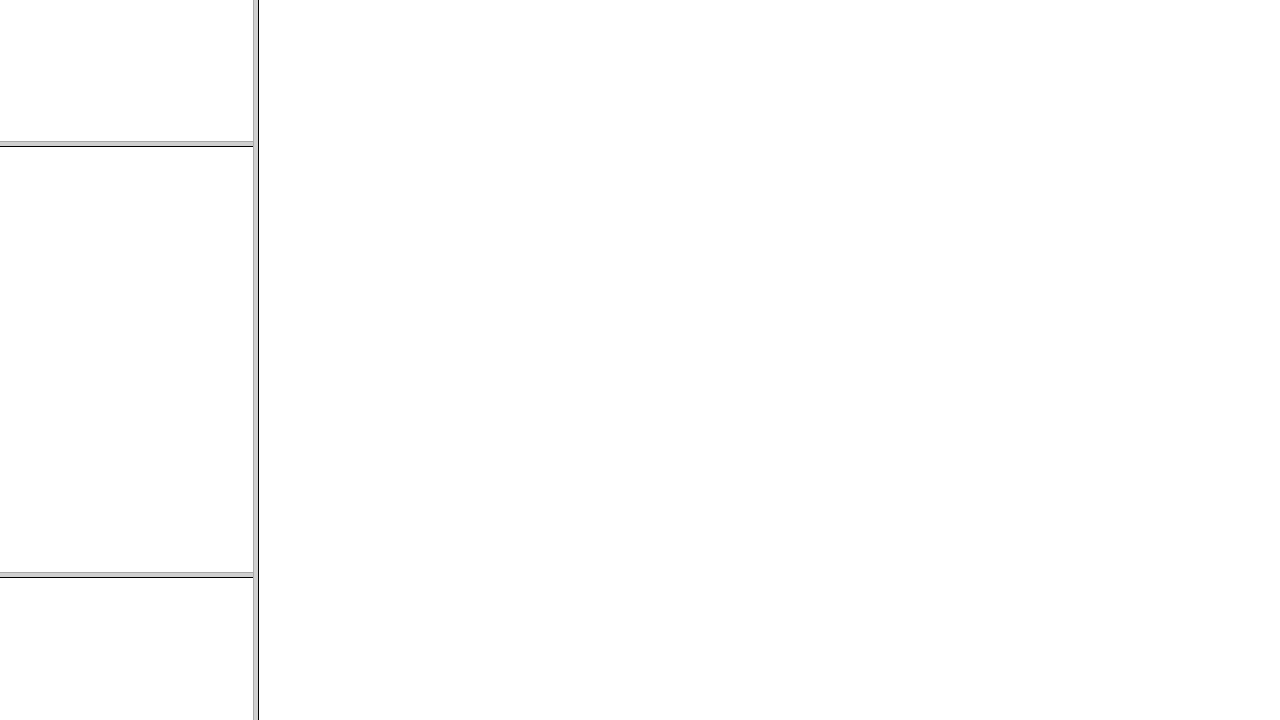
Repository: paul2oh/hellowjava
Page: workspace/javastart_svn/src/javastart/WebContent/clientPrg/a01_html/a05_test1.html
These files come from the project's save history. The page is drawn as it stood at one moment and after the next save; the edit follows.
The browser window is 1280 px wide. The pictures show the whole page.

Above is the page before, as saved 2017-01-03 10:04:35.

After the next save:
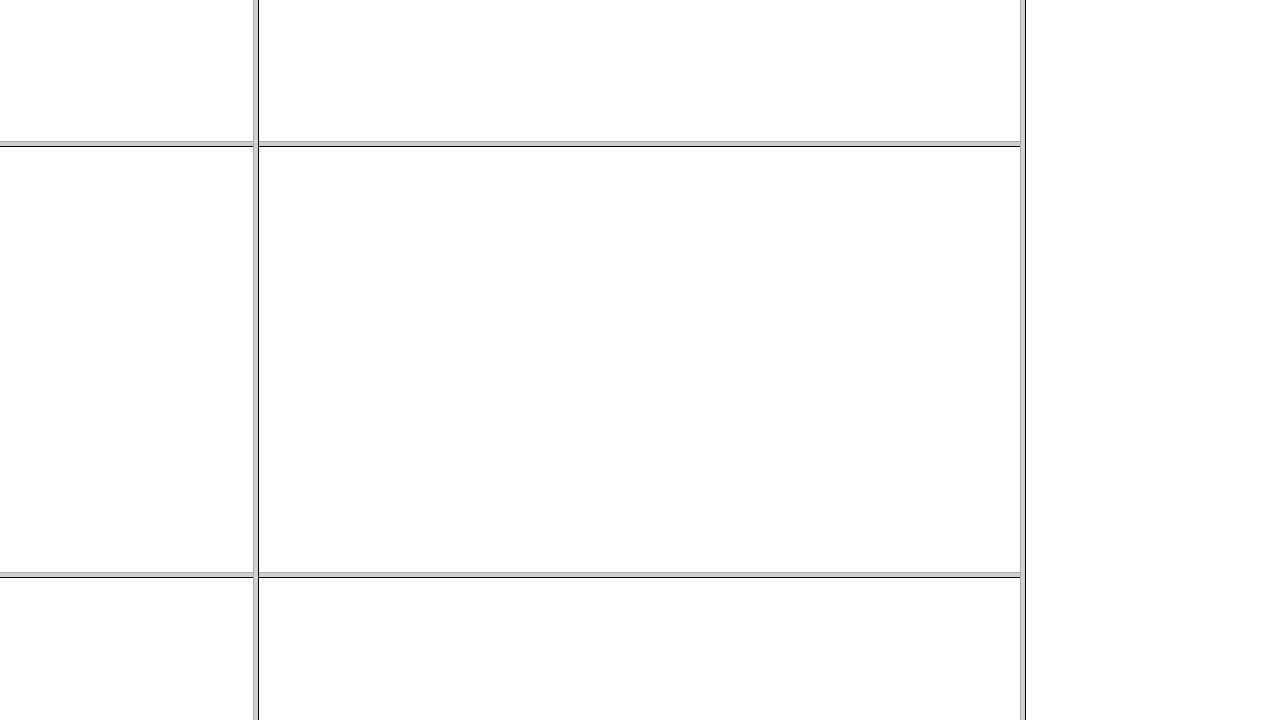
Saved 7 s later.
--- a/workspace/javastart_svn/src/javastart/WebContent/clientPrg/a01_html/a05_test1.html
+++ b/workspace/javastart_svn/src/javastart/WebContent/clientPrg/a01_html/a05_test1.html
@@ -34,7 +34,9 @@
 
 </frameset>
 <frameset rows="20%,60%,20%">
-frame
+<frame />
+<frame />
+<frame />
 </frameset>
 </frameset>
 
